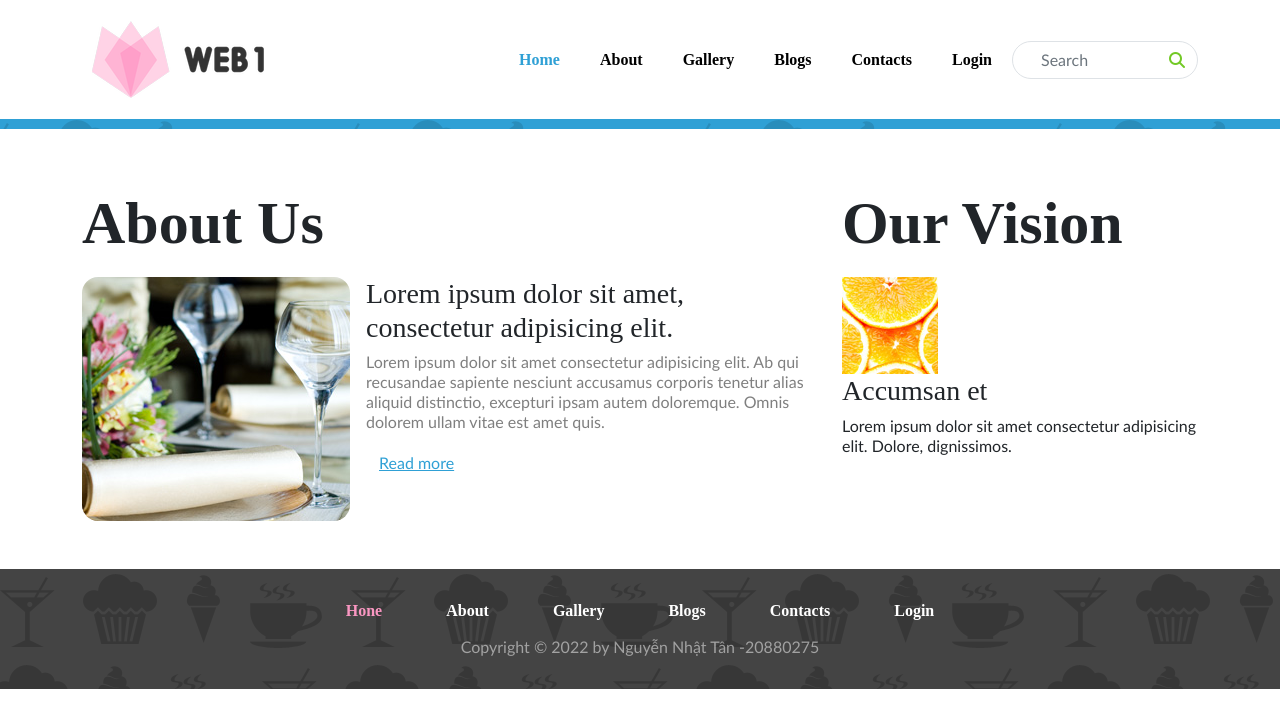
Repository: carembanhkem/web1-20880275
Page: about.html
An editor plug-in stored every save of this project. The page is shown before and after a run of saves, followed by the edit.
The browser window is 1280 px wide. The pictures show the whole page.
Some web fonts or font styles are not loaded; a fallback is used. Some web libraries are served in a nearby version.

Above is the page before, as saved 2023-02-06 11:18:44.
Console error: ReferenceError: bootstrap is not defined

After the next 3 saves:
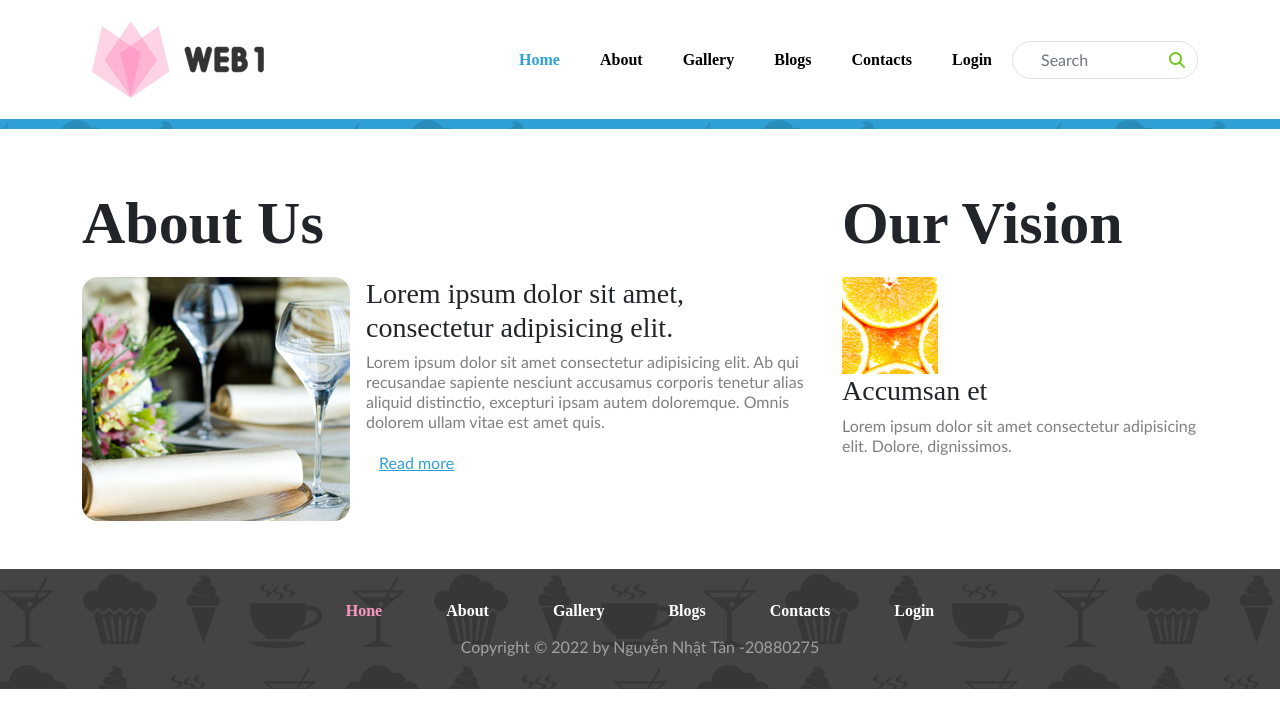
The 3 saves are shown as one change because they came seconds apart.
The last was saved 7 s later.
--- a/about.html
+++ b/about.html
@@ -77,7 +77,7 @@
                 <div>
                     <img src="images/vision/vision-1.jpg" alt="vision1">
                     <h3>Accumsan et</h3>
-                    <p cla>Lorem ipsum dolor sit amet consectetur adipisicing elit. Dolore, dignissimos.</p>
+                    <p class="text-black-50">Lorem ipsum dolor sit amet consectetur adipisicing elit. Dolore, dignissimos.</p>
 
 
                 </div>
